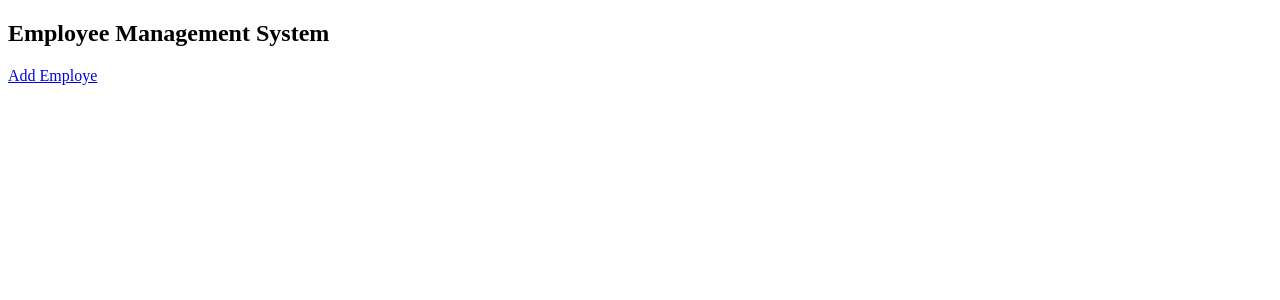
Repository: balinenibhanuprakash444/projects-All-Phases
Page: http://localhost/SpringBootWithJSPAndJPA/
An editor plug-in stored every save of this project. The page is shown before and after the next save, followed by the edit.
The browser window is 1280 px wide. The pictures show the whole page.
The page is served by Tomcat 9.

Above is the page before, as saved 2022-03-25 04:00:25.

After the next save:
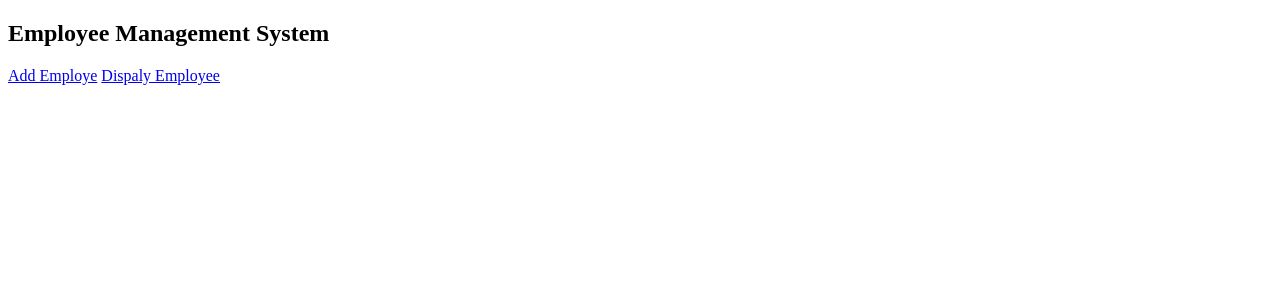
Saved 92 s later.
--- a/SpringFrameWorks/SpringBootWithJSPAndJPA/src/main/webapp/index.jsp
+++ b/SpringFrameWorks/SpringBootWithJSPAndJPA/src/main/webapp/index.jsp
@@ -9,6 +9,6 @@
 <body>
 <h2>Employee Management System</h2>
 <a href="addEmployee.jsp">Add Employe</a>
-
+<a href="dispalyEmployee">Dispaly Employee</a>
 </body>
 </html>
